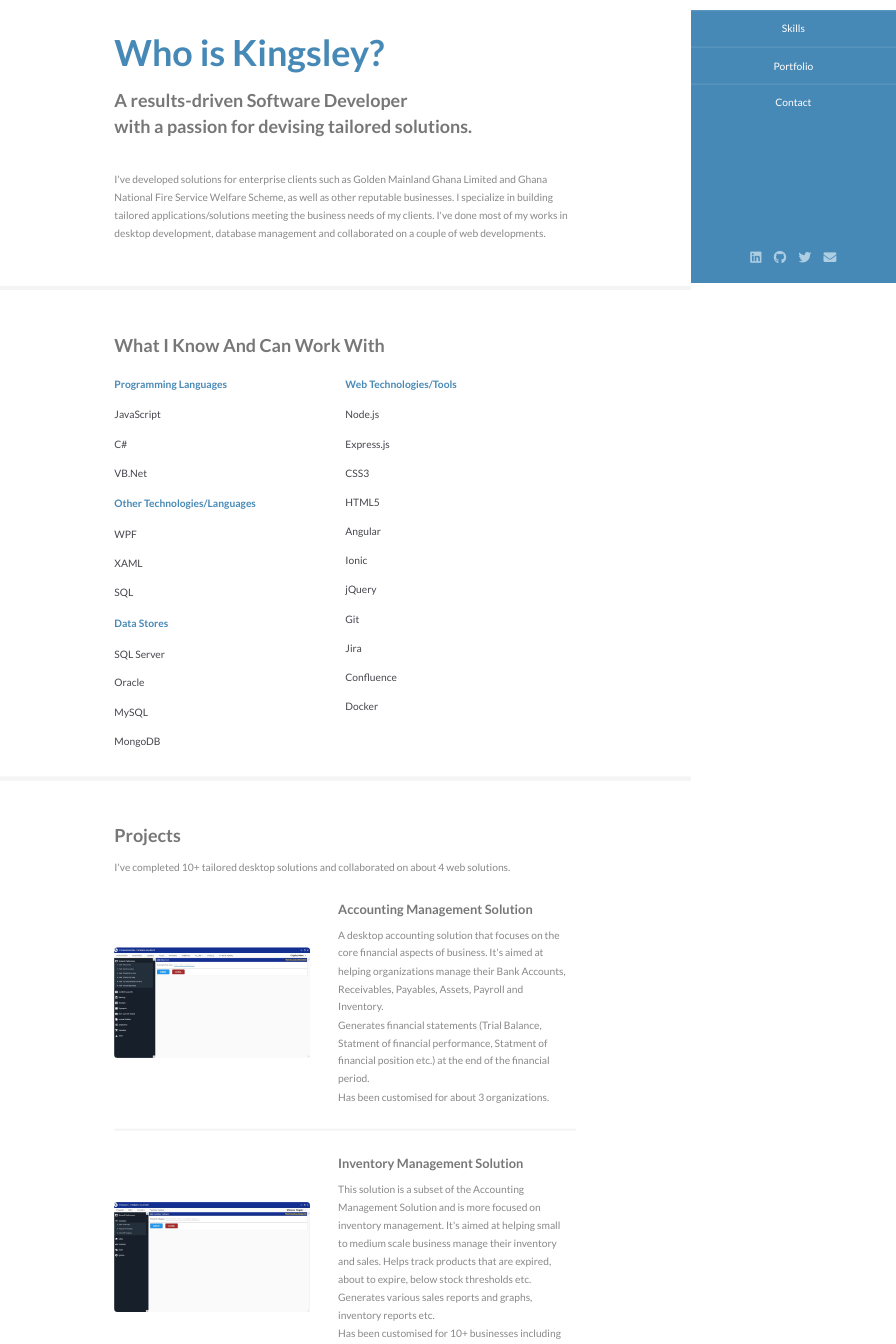
Repository: KOfosu/kingsleyofosu
Page: index.html
The author's editor kept a copy of each file at every save. The page is drawn from the files as they stood at one save, then again after the next save.
The browser window is 1280 px wide. The pictures show the part of the page from y = 316 to 2236 px (the page is 2956 px tall before and 2931 px after), at 70% of full size.

Above is the page before, as saved 2020-06-08 16:16:52.

### index.html
<!DOCTYPE HTML>
<html lang="en">

<head>
	<title>Kingsley Ofosu</title>
	<meta charset="utf-8" />
	<meta name="viewport" content="width=device-width, initial-scale=1" />
	<meta name="keywords" content="Software Developer, Kingsley, Ofosu, Kingsley Ofosu" />
	<meta name="description" content="Software Developer, Kingsley, Ofosu, Kingsley Ofosu" />
	<link rel="icon" href="images/favicon.ico">
	<link rel="stylesheet" href="assets/css/main.css" />
</head>

<body class="is-preload">

	<!-- Header -->
	<section id="header">
		<header>
			<span class="image avatar"><img src="images/profile-pic.jpg" alt="" /></span>
			<h1 id="logo"><a href="#about">Kingsley Ofosu</a></h1>
			<p>Web/Desktop Developer<br /></p>
		</header>
		<nav id="nav">
			<ul>
				<li><a href="#about" class="active">About</a></li>
				<li><a href="#skills">Skills</a></li>
				<li><a href="#portfolio">Portfolio</a></li>
				<li><a href="#contact">Contact</a></li>

			</ul>
		</nav>
		<footer>
			<ul class="icons">
				<li><a target="_blank" rel="noopener" href="https://www.linkedin.com/in/kingsleyofosu/"
						class="icon brands fa-linkedin"><span class="label">LinkedIn</span></a></li>
				<li><a target="_blank" rel="noopener" href="https://github.com/KOfosu/"
						class="icon brands fa-github"><span class="label">Github</span></a></li>
				<li><a target="_blank" rel="noopener" href="https://twitter.com/kingsleyofosu_/"
						class="icon brands fa-twitter"><span class="label">Twitter</span></a></li>
				<li><a target="_blank" rel="noopener" href="mailto:kingsleyofosu@yahoo.com"
						class="icon solid fa-envelope"><span class="label">Email</span></a></li>
			</ul>
		</footer>
	</section>

	<!-- Wrapper -->
	<div id="wrapper">

		<!-- Main -->
		<div id="main">

			<!-- One -->
			<!-- ******************************** About Me -->
			<section id="about">
				<div class="image main" data-position="center">
					<img src="images/banner.jpg" alt="Profile picture" />
				</div>
				<div class="container">
					<header class="major">
						<h2>Who is Kingsley?</h2>
						<p>A results-driven Software Developer<br />
							with a passion for devising tailored solutions.</p>
					</header>
					<p>I've developed solutions for enterprise clients such as Golden Mainland
						Ghana Limited and Ghana National Fire Service Welfare Scheme,
						as well as other reputable businesses.
						I specialize in building tailored applications/solutions meeting the business needs of my
						clients.
						I've done most of my works in desktop development, database management and collaborated on a
						couple of web developments.
					</p>

				</div>
			</section>


			<!-- ******************************* Skills  -->
			<!-- Two -->
			<section id="skills">
				<div class="container">
					<h3>What I Know And Can Work With</h3>
					<div class="skills-list">
						<div class="skills-table-one">
							<table>
								<tr>
									<td class="headings">Programming Languages</td>
								</tr>
								<tr>
									<td>JavaScript</td>
									<td>
										<!-- <i class="fas fa-star"><i class="fas fa-star"><i class="fas fa-star"><i -->
										<!-- class="fas fa-star"><i class="far fa-star"> -->
									<td>
								</tr>
								<tr>
									<td>C#</td>
									<td>
										<!-- <i class="fas fa-star"><i class="fas fa-star"><i class="fas fa-star"><i -->
										<!-- class="fas fa-star"><i class="far fa-star"> -->
									<td>
								</tr>
								<tr>
									<td>VB.Net</td>
									<td>
										<!-- <i class="fas fa-star"><i class="fas fa-star"><i class="fas fa-star"><i -->
										<!-- class="fas fa-star"><i class="far fa-star"> -->
									<td>
								</tr>

								<tr>
									<td class="headings">Other Technologies/Languages</td>
								</tr>
								<tr>
									<td>WPF</td>
									<td>
										<!-- <i class="fas fa-star"><i class="fas fa-star"><i class="fas fa-star"><i -->
										<!-- class="fas fa-star"><i class="fas fa-star"> -->
									<td>
								</tr>
								<tr>
									<td>XAML</td>
									<td>
										<!-- <i class="fas fa-star"><i class="fas fa-star"><i class="fas fa-star"><i -->
										<!-- class="fas fa-star"><i class="far fa-star"> -->
									<td>
								</tr>
								<tr>
									<td>SQL</td>
									<td>
										<!-- <i class="fas fa-star"><i class="fas fa-star"><i class="fas fa-star"><i -->
										<!-- class="fas fa-star"><i class="far fa-star"> -->
									<td>
								</tr>
								<tr>
									<td class="headings">Data Stores</td>
								</tr>
								<tr>
									<td>SQL Server</td>
									<td>
										<!-- <i class="fas fa-star"><i class="fas fa-star"><i class="fas fa-star"><i -->
										<!-- class="fas fa-star"><i class="far fa-star"> -->
									<td>
								</tr>
								<tr>
									<td>Oracle</td>
									<td>
										<!-- <i class="fas fa-star"><i class="fas fa-star"><i class="fas fa-star"><i -->
										<!-- class="fas fa-star"><i class="far fa-star"> -->
									<td>
								</tr>
								<tr>
									<td>MySQL</td>
									<td>
										<!-- <i class="fas fa-star"><i class="fas fa-star"><i class="fas fa-star"><i -->
										<!-- class="fas fa-star"><i class="far fa-star"> -->
									<td>
								</tr>
								<tr>
									<td>MongoDB</td>
									<td>
										<!-- <i class="fas fa-star"><i class="fas fa-star"><i class="fas fa-star"><i -->
										<!-- class="fas fa-star"><i class="far fa-star"> -->
									<td>
								</tr>
							</table>
						</div>

						<div class="skills-table-two">
							<table>
								<tr>
									<td class="headings">Web Technologies/Tools</td>
								</tr>

								<tr>
									<td>Node.js</td>
									<td>
										<!-- <i class="fas fa-star"><i class="fas fa-star"><i class="fas fa-star"><i -->
										<!-- class="fas fa-star"><i class="far fa-star"> -->
									<td>
								</tr>
								<tr>
									<td>Express.js</td>
									<td>
										<!-- <i class="fas fa-star"><i class="fas fa-star"><i class="fas fa-star"><i -->
										<!-- class="fas fa-star"><i class="far fa-star"> -->
									<td>
								</tr>
								<tr>
									<td>CSS3</td>
									<td>
										<!-- <i class="fas fa-star"><i class="fas fa-star"><i class="fas fa-star"><i -->
										<!-- class="far fa-star"><i class="far fa-star"> -->
									<td>
								</tr>
								<tr>
									<td>HTML5</td>
									<td>
										<!-- <i class="fas fa-star"><i class="fas fa-star"><i class="fas fa-star"><i -->
										<!-- class="fas fa-star"><i class="far fa-star"> -->
									<td>
								</tr>
								<tr>
									<td>Angular</td>
									<td>
										<!-- <i class="fas fa-star"><i class="fas fa-star"><i class="fas fa-star"><i -->
										<!-- class="far fa-star"><i class="far fa-star"> -->
									<td>
								</tr>
								<!-- <tr>
									<td>React</td>
									<td><i class="fas fa-star"><i class="fas fa-star"><i class="far fa-star"><i class="far fa-star"><i class="far fa-star"><td>
								</tr> -->
								<tr>
									<td>Ionic</td>
									<td>
										<!-- <i class="fas fa-star"><i class="fas fa-star"><i class="fas fa-star"><i -->
										<!-- class="far fa-star"><i class="far fa-star"> -->
									<td>
								</tr>
								<tr>
									<td>jQuery</td>
									<td>
										<!-- <i class="fas fa-star"><i class="fas fa-star"><i class="fas fa-star"><i -->
										<!-- class="far fa-star"><i class="far fa-star"> -->
									<td>
								</tr>
								<tr>
									<td>Git</td>
									<td>
										<!-- <i class="fas fa-star"><i class="fas fa-star"><i class="fas fa-star"><i -->
										<!-- class="fas fa-star"><i class="far fa-star"> -->
									<td>
								</tr>
								<tr>
									<td>Jira</td>
									<td>
										<!-- <i class="fas fa-star"><i class="fas fa-star"><i class="fas fa-star"><i -->
										<!-- class="fas fa-star"><i class="far fa-star"> -->
									<td>
								</tr>
								<tr>
									<td>Confluence</td>
									<td>
										<!-- <i class="fas fa-star"><i class="fas fa-star"><i class="fas fa-star"><i -->
										<!-- class="fas fa-star"><i class="far fa-star"> -->
									<td>
								</tr>
								<tr>
									<td>Docker</td>
									<td>
										<!-- <i class="fas fa-star"><i class="fas fa-star"><i class="fas fa-star"><i -->
										<!-- class="fas fa-star"><i class="far fa-star"> -->
									<td>
								</tr>
							</table>
						</div>
					</div>
				</div>
			</section>

			<!-- ***************************** Projects -->
			<!-- Three -->
			<section id="portfolio">
				<div class="container">
					<h3>Projects</h3>
					<p>I've completed 10+ tailored desktop solutions and collaborated on about 4 web solutions.</p>
					<div class="features">
						<article>
							<a href="images/thinkaccounting.JPG" target="_blank" rel="noopener" class="image"><img
									src="images/thinkaccounting.JPG" alt="Image of Accounting System Interface" /></a>
							<div class="inner">
								<h4>Accounting Management Solution</h4>
								<p>A desktop accounting solution that focuses on the core financial aspects of business.
									It's aimed at helping organizations manage their Bank Accounts, Receivables,
									Payables, Assets, Payroll and Inventory. <br>
									Generates financial statements (Trial Balance, Statment of financial performance,
									Statment of financial position etc.)
									at the end of the financial period. <br>
									Has been customised for about 3 organizations.
								</p>
							</div>
						</article>
						<article>
							<a href="images/thinksales.JPG" target="_blank" rel="noopener" class="image"><img
									src="images/thinksales.JPG" alt="Image of inventory System Interface" /></a>
							<div class="inner">
								<h4>Inventory Management Solution</h4>
								<p>This solution is a subset of the Accounting Management Solution and is more focused
									on inventory management.
									It's aimed at helping small to medium scale business manage their inventory and
									sales.
									Helps track products that are expired, about to expire, below stock thresholds etc.
									<br>
									Generates various sales reports and graphs, inventory reports etc. <br>
									Has been customised for 10+ businesses including pharmacies, restaurants etc.
								</p>
							</div>
						</article>
						<article>
							<div class="inner web">
								<h4>Web Solutions Collaborated On</h4>
								<ul>
									<li><a target="_blank" rel="noopener"
											href="https://www.medrxapp.thinkwell.app">Pharmacies
											Management Solution</a> <span
											class="icon solid fa-external-link-alt"></span></li>
									<li><a target="_blank" rel="noopener"
											href="https://www.thinkchurch.thinkwell.app">Church
											Management Solution </a><span
											class="icon solid fa-external-link-alt"></span></li>
									<li><a target="_blank" rel="noopener" href="https://www.adesua.thinkwell.app">School
											Management
											Solution</a> <span class="icon solid fa-external-link-alt"></span></li>
									<li><a target="_blank" rel="noopener"
											href="https://kingdomadvanceoutreach.herokuapp.com/">Church Registration
											Form (Mobile App-Like)</a> <span
											class="icon solid fa-external-link-alt"></span></li>
								</ul>
							</div>
						</article>
					</div>
				</div>
			</section>
			<!-- ***************************** Contact -->
			<!-- Four -->
			<section id="contact">
				<div class="container">
					<h3>Contact Me</h3>
					<p><a href="./assets/resume.pdf" target="_blank" rel="noopener"
							class="icon solid fa-download download" download><span> &nbsp; Download My Resume</span></a>
					</p>
					<p><span class="icon solid fa-phone-alt"> &nbsp; +[233] 201694902 / 541424292 </span><br>
						<span class="icon solid fa-envelope"> &nbsp; kingsleyofosu@yahoo.com </span>
					</p>
				</div>
			</section>
		</div>

		<!-- Footer -->
		<section id="footer">
			<div class="container">
				<ul class="copyright">
					<li>&copy; Kingsley Ofosu. All rights reserved.</li>
				</ul>
			</div>
		</section>

	</div>

	<!-- Scripts -->
	<script src="assets/js/jquery.min.js"></script>
	<script src="assets/js/jquery.scrollex.min.js"></script>
	<script src="assets/js/jquery.scrolly.min.js"></script>
	<script src="assets/js/browser.min.js"></script>
	<script src="assets/js/breakpoints.min.js"></script>
	<script src="assets/js/util.js"></script>
	<script src="assets/js/main.js"></script>
</body>

</html>

Loaded but not shown: assets/css/fontawesome-all.min.css (library); assets/js/jquery.min.js (library); assets/js/jquery.scrollex.min.js (common file); assets/js/jquery.scrolly.min.js (common file); assets/js/browser.min.js (common file); assets/js/breakpoints.min.js (common file); assets/js/util.js (587 lines, source omitted); assets/js/main.js (159 lines, source omitted); assets/css/main.css (3580 lines, source omitted)

After the next save:
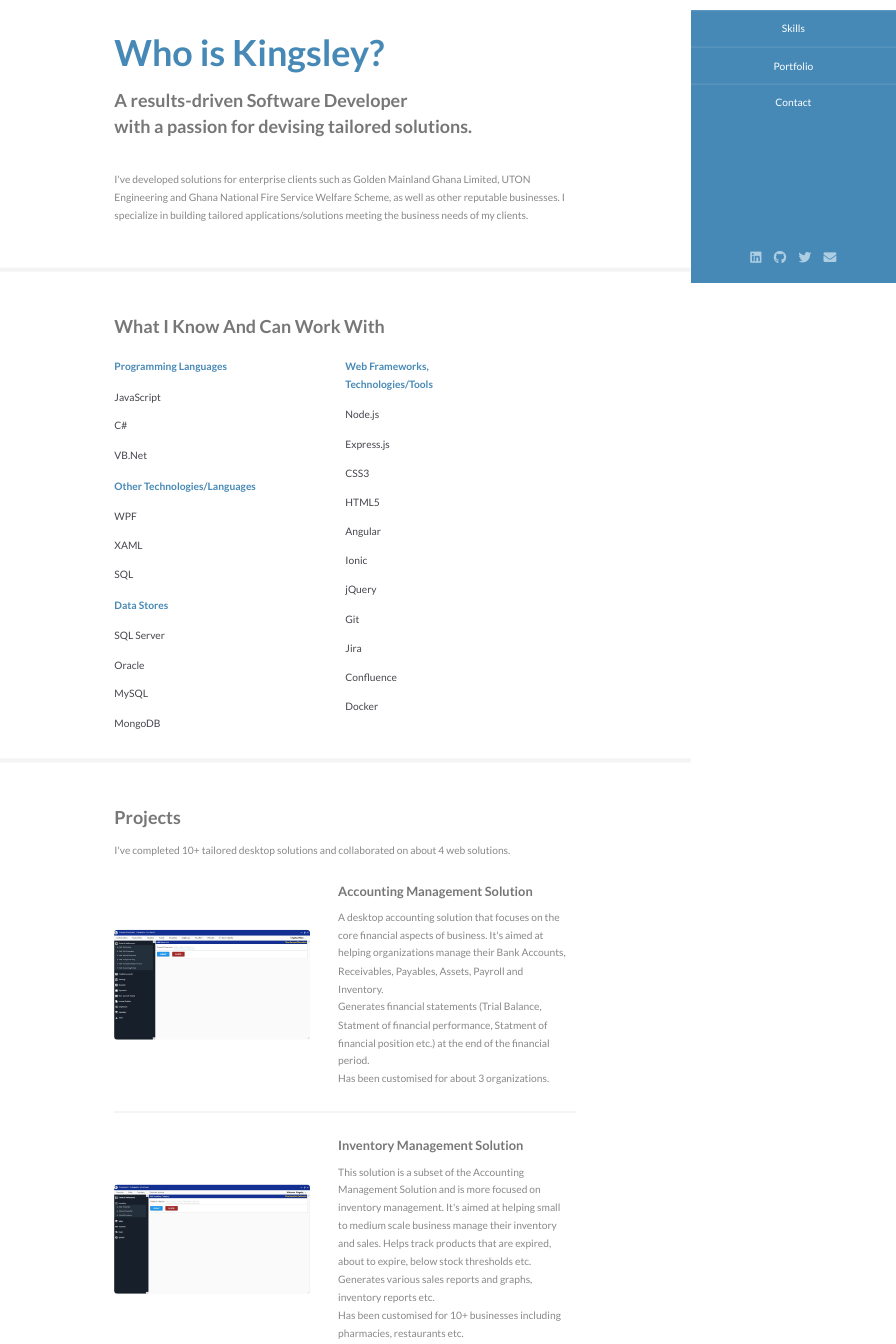
Saved 4 min 26 s later.
--- a/index.html
+++ b/index.html
@@ -62,12 +62,10 @@
 							with a passion for devising tailored solutions.</p>
 					</header>
 					<p>I've developed solutions for enterprise clients such as Golden Mainland
-						Ghana Limited and Ghana National Fire Service Welfare Scheme,
+						Ghana Limited, UTON Engineering and Ghana National Fire Service Welfare Scheme,
 						as well as other reputable businesses.
 						I specialize in building tailored applications/solutions meeting the business needs of my
 						clients.
-						I've done most of my works in desktop development, database management and collaborated on a
-						couple of web developments.
 					</p>
 
 				</div>
@@ -168,7 +166,7 @@
 						<div class="skills-table-two">
 							<table>
 								<tr>
-									<td class="headings">Web Technologies/Tools</td>
+									<td class="headings">Web Frameworks, Technologies/Tools</td>
 								</tr>
 
 								<tr>
